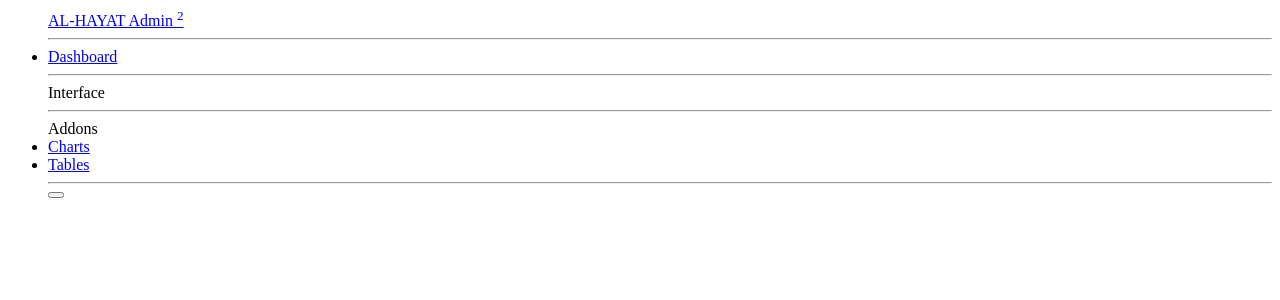
Repository: aache/alhayat
Page: http://localhost/admin/sidebar.php
An editor plug-in stored every save of this project. The page is shown before and after the next save, followed by the edit.
The browser window is 1280 px wide. The pictures show the whole page.
The page is run by PHP 8.4 with error messages shown; the project is at /var/www/html/.

Above is the page before, as saved 2019-04-13 10:37:31.

### admin/sidebar.php
<ul class="navbar-nav bg-gradient-primary sidebar sidebar-dark accordion" id="accordionSidebar">

<!-- Sidebar - Brand -->
<a class="sidebar-brand d-flex align-items-center justify-content-center" href="index.html">
  <div class="sidebar-brand-icon rotate-n-15">
    <i class="fas fa-laugh-wink"></i>
  </div>
  <div class="sidebar-brand-text mx-3">AL-HAYAT Admin <sup>2</sup></div>
</a>

<!-- Divider -->
<hr class="sidebar-divider my-0">

<!-- Nav Item - Dashboard -->
<li class="nav-item active">
  <a class="nav-link" href="index.html">
    <i class="fas fa-fw fa-tachometer-alt"></i>
    <span>Dashboard</span></a>
</li>

<!-- Divider -->
<hr class="sidebar-divider">

<!-- Heading -->
<div class="sidebar-heading">
  Interface
</div>


<!-- Divider -->
<hr class="sidebar-divider">

<!-- Heading -->
<div class="sidebar-heading">
  Addons
</div>

<!-- Nav Item - Charts -->
<li class="nav-item">
  <a class="nav-link" href="charts.html">
    <i class="fas fa-fw fa-chart-area"></i>
    <span>Charts</span></a>
</li>

<!-- Nav Item - Tables -->
<li class="nav-item">
  <a class="nav-link" href="tables.html">
    <i class="fas fa-fw fa-table"></i>
    <span>Tables</span></a>
</li>

<!-- Divider -->
<hr class="sidebar-divider d-none d-md-block">

<!-- Sidebar Toggler (Sidebar) -->
<div class="text-center d-none d-md-inline">
  <button class="rounded-circle border-0" id="sidebarToggle"></button>
</div>

</ul>

After the next save:
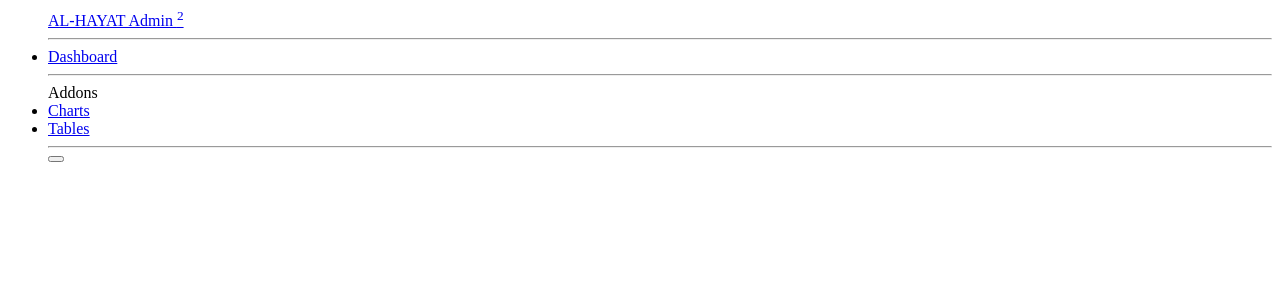
Saved 24 s later.
--- a/admin/sidebar.php
+++ b/admin/sidebar.php
@@ -17,15 +17,6 @@
     <i class="fas fa-fw fa-tachometer-alt"></i>
     <span>Dashboard</span></a>
 </li>
-
-<!-- Divider -->
-<hr class="sidebar-divider">
-
-<!-- Heading -->
-<div class="sidebar-heading">
-  Interface
-</div>
-
 
 <!-- Divider -->
 <hr class="sidebar-divider">
